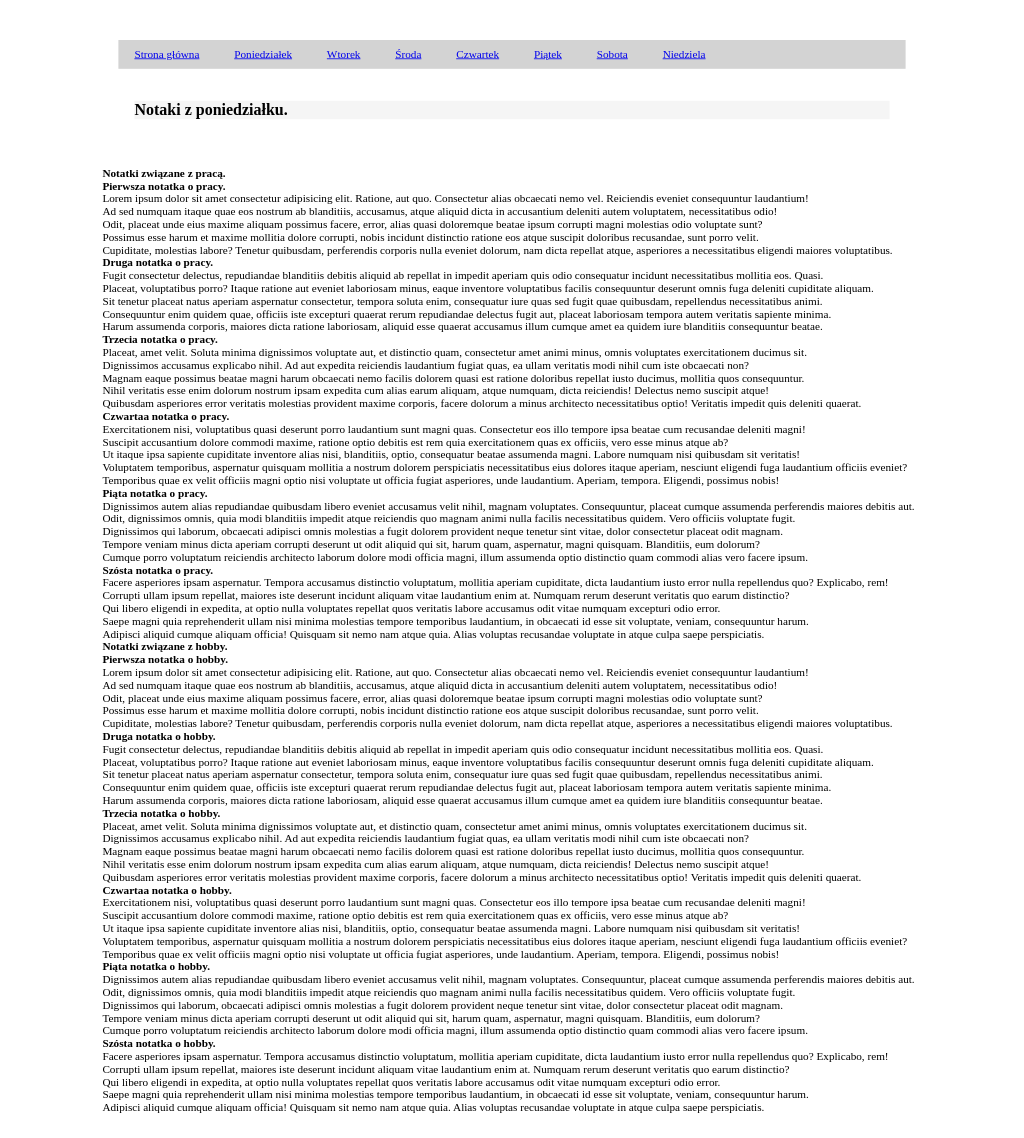
Repository: ArturNatwora/hompage
Page: days/1.html
These files come from the project's save history. The page is drawn as it stood at one moment and after the next save; the edit follows.
The browser window is 1280 px wide. The pictures show the whole page, at 80% of full size.

Above is the page before, as saved 2019-06-11 18:12:56.

After the next save:
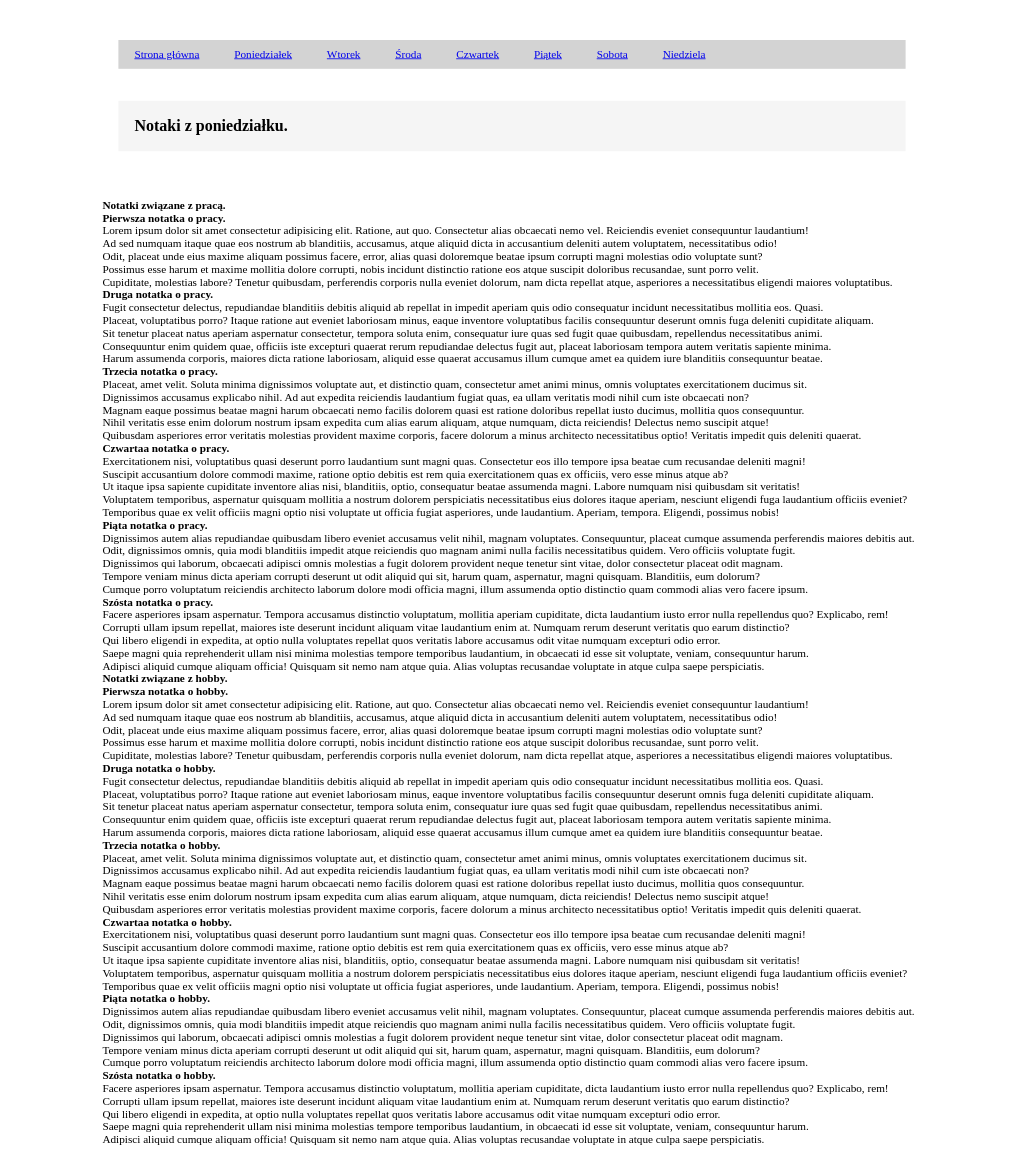
Saved 89 s later.
--- a/index.css
+++ b/index.css
@@ -40,6 +40,7 @@ body{
 .bodyHeader__title{
     font-size: 20px;
     display: block;
-    margin:40px 20px;
+    margin:40px 0;
+    padding: 20px;
     background: whitesmoke;
 }
